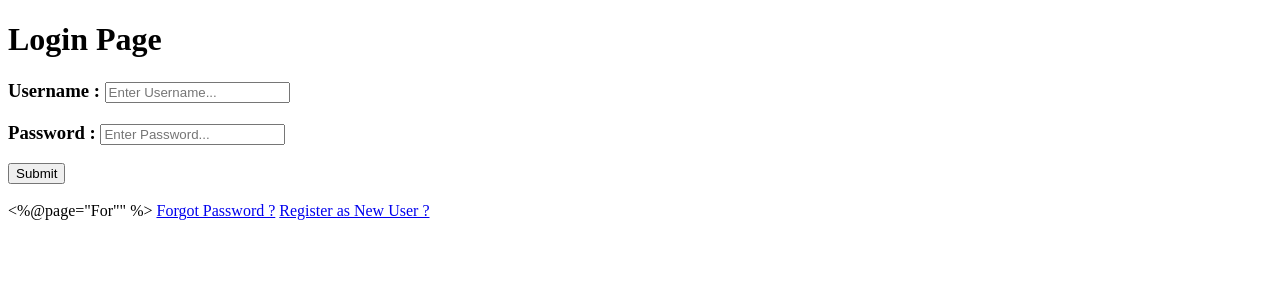
Repository: devgpta19/CDAC-Assignments
Page: Adv.Java/Day6-8/ProductsAndUsersUsingJSPAndServlet/src/main/webapp/Login.html
An editor plug-in stored every save of this project. The page is shown before and after the next save, followed by the edit.
The browser window is 1280 px wide. The pictures show the whole page.

Above is the page before, as saved 2025-11-26 04:37:11.

After the next save:
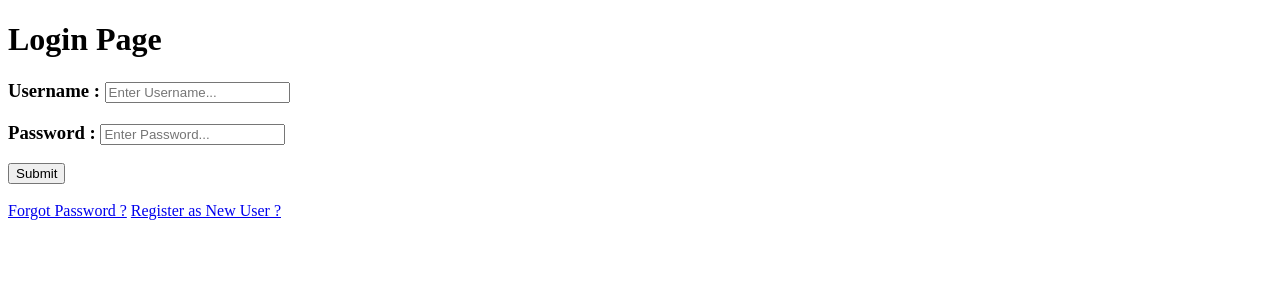
Saved 11 s later.
--- a/Adv.Java/Day6-8/ProductsAndUsersUsingJSPAndServlet/src/main/webapp/Login.html
+++ b/Adv.Java/Day6-8/ProductsAndUsersUsingJSPAndServlet/src/main/webapp/Login.html
@@ -20,7 +20,6 @@
 		<br>
 		<br>
 
-		<%@page="For"" %>
 		<a href="ForgotPass.html" name='fpass' id='fpass'> Forgot Password ?</a>
 		<a href="Register.html" name='register' id='register'> Register as New User ?</a>
 
